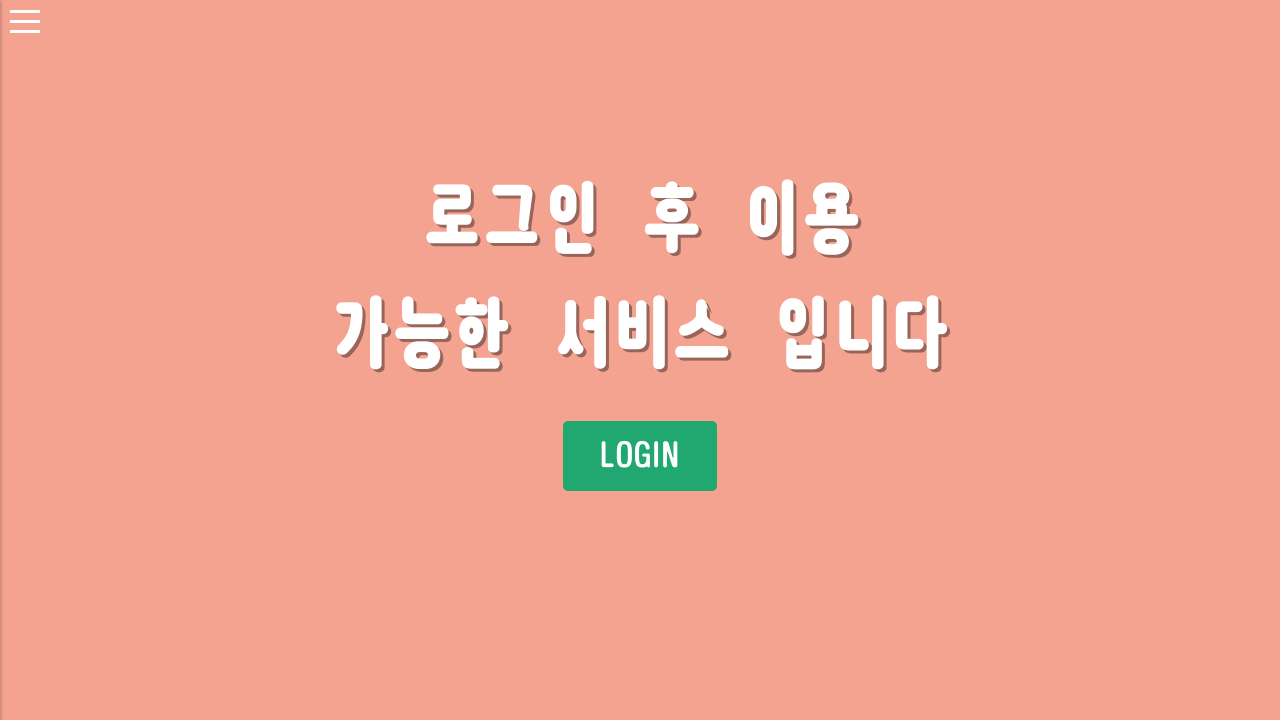
Repository: se-yoo/ChangeSeat
Page: http://localhost/ChangeSeat/info.jsp
The author's editor kept a copy of each file at every save. The page is drawn from the files as they stood at one save, then again after the next save.
The browser window is 1280 px wide. The pictures show the whole page.
Some web fonts or font styles are not loaded; a fallback is used. Some web libraries are served in a nearby version. The page is served by Tomcat 9.

Above is the page before, as saved 2018-06-26 02:55:22.

After the next save:
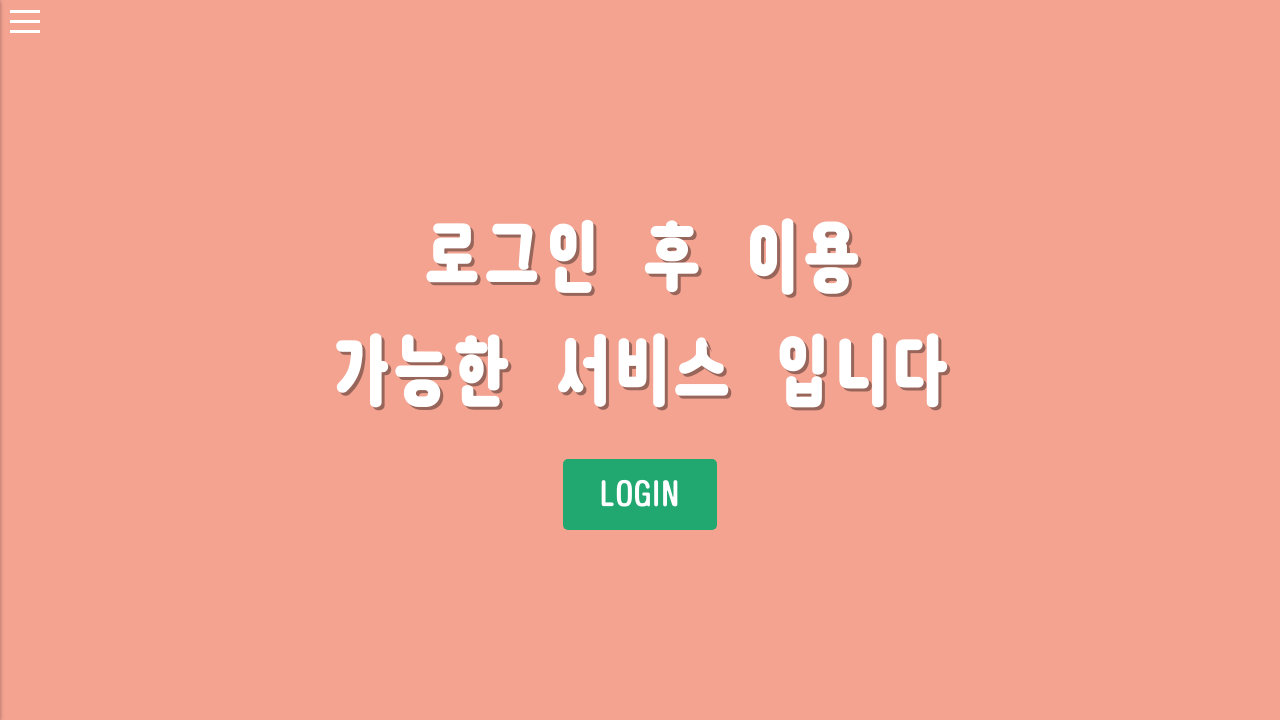
Saved 29 s later.
--- a/ChangeSeat/WebContent/infoNotMember.jsp
+++ b/ChangeSeat/WebContent/infoNotMember.jsp
@@ -8,6 +8,6 @@
  <link rel="stylesheet" href="changeIndexStyle.css">
 </head>
 <body>
-	<h2 class="header" style="font-size:5em;line-height:1.3em;">로그인 후 이용<br>가능한 서비스 입니다</h2>
+	<h2 class="header" style="font-size:5em;line-height:1.3em;margin-top:16%">로그인 후 이용<br>가능한 서비스 입니다</h2>
 	<a href="login.jsp"><button>LOGIN</button></a>
 </body>
